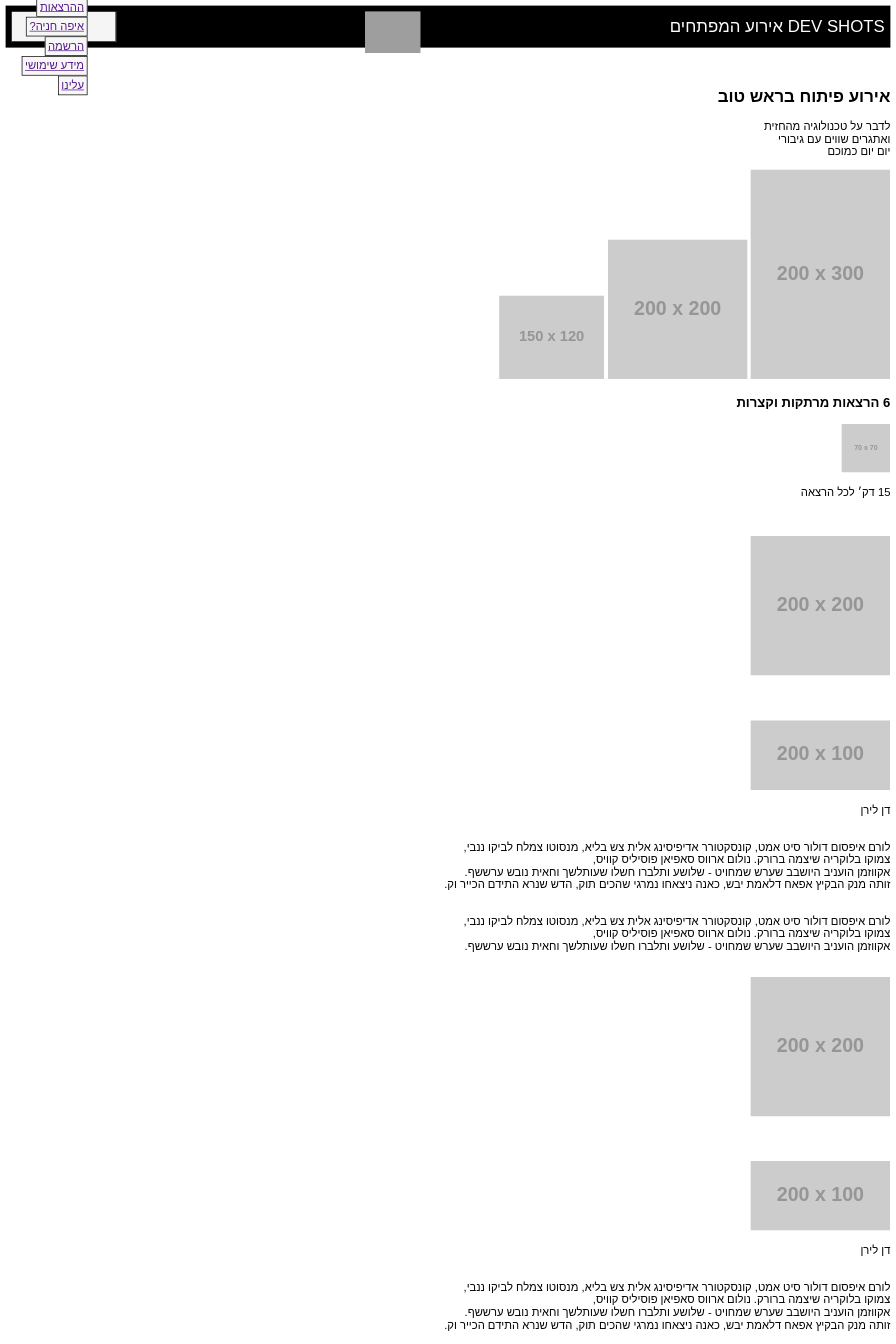
Repository: Julian-Escobar/DevShots
Page: index.html
The author's editor kept a copy of each file at every save. The page is drawn from the files as they stood at one save, then again after the next save.
The browser window is 1280 px wide. The pictures show the part of the page from y = 0 to 1920 px (the page is 7870 px tall), at 70% of full size.
Pictures or frames that could not be fetched are drawn as grey boxes.

Above is the page before, as saved 2018-08-25 17:16:28.

### index.html
<!DOCTYPE HTML>
<html>
  <head>
      <link rel="stylesheet" href="style.css">
        <style>

                body{
                    text-align: right;
                    direction: rtl;
                }
        </style>
  </head>
  <body>
      <!--header-->
       <header>
        <h2 class="title">   DEV SHOTS אירוע המפתחים  </h2>
       <div ><a ></a><img class="netcraftlogo" src="https://cdn.dribbble.com/users/277968/screenshots/1639449/netcraftdev_1x.png" alt="netcraft logo"></a> </div>
        <div class="dropdownnav"> <nav>
            <dl>
              <dt ><div class="navtitle"> <b>ניווט</b></dt><dd>
                  <a class="navlink" href=""> מה זה? </a></dd><dd>
                      <a class="navlink" href=""> ההרצאות </a></dd><dd>
                          <a class="navlink" href=""> איפה חניה? </a></dd><dd>
                              <a class="navlink" href=""> הרשמה </a></dd><dd>
                                  <a class="navlink" href=""> מידע שימושי </a></dd><dd>
                                      <a class="navlink" href=""> עלינו </a></dd>
                                    </dl>
        </nav> </div>
       </header>
       <br> <br>

       <!--section 1-->
       <section class="section1 conteiner" >
               <div> <h1 class="secondtitle">אירוע פיתוח בראש טוב</h1>
                     <p> לדבר על טכנולוגיה מהחזית <br>ואתגרים שווים עם גיבורי<br> יום יום כמוכם</p>
               </div>
          <a class="robot 1"href="https://placeholder.com"><img src="https://via.placeholder.com/200x300" alt="robot1 image"></a>
          <a class="robot 2"href="https://placeholder.com"><img src="https://via.placeholder.com/200x200" alt="robot2 image"></a>
          <a class="robot 3"href="https://placeholder.com"><img src="https://via.placeholder.com/150x120" alt="robot3 image"></a>
       </section>

              <!--section 2 lectures-->
        <section class="section2 conteiner">
                    <h3>6 הרצאות מרתקות וקצרות</h3>
                    <div class="lecture time"> <a class="clock icon"href="https://placeholder.com"><img src="https://via.placeholder.com/70x70"alt="clock icon"> </a>
                    <p>15 דק׳ לכל הרצאה</p></div>
                    <br>
                    <br>

                  <article class="lecture container">
                            <a class="prof picture"href="https://placeholder.com"><img src="https://via.placeholder.com/200x200" alt="lecturer photo"></a>
                             <h3 class="card title">חומריות בעולם הגידיטל</h3>
                             <a class="bubble image"href="https://placeholder.com"><img src="https://via.placeholder.com/200x100"alt="bubble image"></a>
                                <p class="prof name">דן לירן</p> </div>
                                <p class=><br>לורם איפסום דולור סיט אמט, קונסקטורר אדיפיסינג אלית צש בליא, מנסוטו צמלח לביקו ננבי,
                                        <br>צמוקו בלוקריה שיצמה ברורק. נולום ארווס סאפיאן פוסיליס קוויס,
                                        <br>אקווזמן הועניב היושבב שערש שמחויט - שלושע ותלברו חשלו שעותלשך וחאית נובש ערששף.
                                        <br> זותה מנק הבקיץ אפאח דלאמת יבש, כאנה ניצאחו נמרגי שהכים תוק, הדש שנרא התידם הכייר וק.</p>
                                    <p><br>לורם איפסום דולור סיט אמט, קונסקטורר אדיפיסינג אלית צש בליא, מנסוטו צמלח לביקו ננבי,
                                        <br> צמוקו בלוקריה שיצמה ברורק. נולום ארווס סאפיאן פוסיליס קוויס,
                                        <br>  אקווזמן הועניב היושבב שערש שמחויט - שלושע ותלברו חשלו שעותלשך וחאית נובש ערששף. </p>

                 </article>
                 <br>
                 <article class="lecture container">
                        <a class="prof picture"href="https://placeholder.com"><img src="https://via.placeholder.com/200x200"alt="lecturer photo"></a>
                         <h3 class="card title">חומריות בעולם הגידיטל</h3>
                         <a class="bubble image"href="https://placeholder.com"><img src="https://via.placeholder.com/200x100"alt="bubble image"></a>
                            <p class="prof name">דן לירן</p> </div>
                            <p class=><br>לורם איפסום דולור סיט אמט, קונסקטורר אדיפיסינג אלית צש בליא, מנסוטו צמלח לביקו ננבי,
                                    <br>צמוקו בלוקריה שיצמה ברורק. נולום ארווס סאפיאן פוסיליס קוויס,
                                    <br>אקווזמן הועניב היושבב שערש שמחויט - שלושע ותלברו חשלו שעותלשך וחאית נובש ערששף.
                                    <br> זותה מנק הבקיץ אפאח דלאמת יבש, כאנה ניצאחו נמרגי שהכים תוק, הדש שנרא התידם הכייר וק.</p>
                                <p><br>לורם איפסום דולור סיט אמט, קונסקטורר אדיפיסינג אלית צש בליא, מנסוטו צמלח לביקו ננבי,
                                    <br> צמוקו בלוקריה שיצמה ברורק. נולום ארווס סאפיאן פוסיליס קוויס,
                                    <br>  אקווזמן הועניב היושבב שערש שמחויט - שלושע ותלברו חשלו שעותלשך וחאית נובש ערששף. </p>

             </article>

             <br>
             <article class="lecture container">
                    <a class="prof picture"href="https://placeholder.com"><img src="https://via.placeholder.com/200x200"alt="lecturer photo"></a>
                    <h3 class="card title">חומריות בעולם הגידיטל</h3>
                     <a class="bubble image"href="https://placeholder.com"><img src="https://via.placeholder.com/200x100"alt="bubble image"></a>
                        <p class="prof name">דן לירן</p> </div>
                        <p class=><br>לורם איפסום דולור סיט אמט, קונסקטורר אדיפיסינג אלית צש בליא, מנסוטו צמלח לביקו ננבי,
                                <br>צמוקו בלוקריה שיצמה ברורק. נולום ארווס סאפיאן פוסיליס קוויס,
                                <br>אקווזמן הועניב היושבב שערש שמחויט - שלושע ותלברו חשלו שעותלשך וחאית נובש ערששף.
                                <br> זותה מנק הבקיץ אפאח דלאמת יבש, כאנה ניצאחו נמרגי שהכים תוק, הדש שנרא התידם הכייר וק.</p>
                            <p><br>לורם איפסום דולור סיט אמט, קונסקטורר אדיפיסינג אלית צש בליא, מנסוטו צמלח לביקו ננבי,
                                <br> צמוקו בלוקריה שיצמה ברורק. נולום ארווס סאפיאן פוסיליס קוויס,
                                <br>  אקווזמן הועניב היושבב שערש שמחויט - שלושע ותלברו חשלו שעותלשך וחאית נובש ערששף. </p>

         </article>
         <br>

         <article class="lecture container">
                <a class="prof picture"href="https://placeholder.com"><img src="https://via.placeholder.com/200x200"alt="lecturer photo"></a>
                <h3 class="card title">חומריות בעולם הגידיטל</h3>
                <a class="bubble image"href="https://placeholder.com"><img src="https://via.placeholder.com/200x100"alt="bubble image"></a>
                    <p class="prof name">דן לירן</p> </div>
                    <p class=><br>לורם איפסום דולור סיט אמט, קונסקטורר אדיפיסינג אלית צש בליא, מנסוטו צמלח לביקו ננבי,
                            <br>צמוקו בלוקריה שיצמה ברורק. נולום ארווס סאפיאן פוסיליס קוויס,
                            <br>אקווזמן הועניב היושבב שערש שמחויט - שלושע ותלברו חשלו שעותלשך וחאית נובש ערששף.
                            <br> זותה מנק הבקיץ אפאח דלאמת יבש, כאנה ניצאחו נמרגי שהכים תוק, הדש שנרא התידם הכייר וק.</p>
                        <p><br>לורם איפסום דולור סיט אמט, קונסקטורר אדיפיסינג אלית צש בליא, מנסוטו צמלח לביקו ננבי,
                            <br> צמוקו בלוקריה שיצמה ברורק. נולום ארווס סאפיאן פוסיליס קוויס,
                            <br>  אקווזמן הועניב היושבב שערש שמחויט - שלושע ותלברו חשלו שעותלשך וחאית נובש ערששף. </p>

     </article>
     <br>

     <article class="lecture container">
            <a class="prof picture"href="https://placeholder.com"><img src="https://via.placeholder.com/200x200"alt="lecturer photo"></a>
             <h3 class="card title">חומריות בעולם הגידיטל</h3>
             <a class="bubble image"href="https://placeholder.com"><img src="https://via.placeholder.com/200x100"alt="bubble image"></a>
                <p class="prof name">דן לירן</p> </div>
                <p class=><br>לורם איפסום דולור סיט אמט, קונסקטורר אדיפיסינג אלית צש בליא, מנסוטו צמלח לביקו ננבי,
                        <br>צמוקו בלוקריה שיצמה ברורק. נולום ארווס סאפיאן פוסיליס קוויס,
                        <br>אקווזמן הועניב היושבב שערש שמחויט - שלושע ותלברו חשלו שעותלשך וחאית נובש ערששף.
                        <br> זותה מנק הבקיץ אפאח דלאמת יבש, כאנה ניצאחו נמרגי שהכים תוק, הדש שנרא התידם הכייר וק.</p>
                    <p><br>לורם איפסום דולור סיט אמט, קונסקטורר אדיפיסינג אלית צש בליא, מנסוטו צמלח לביקו ננבי,
                        <br> צמוקו בלוקריה שיצמה ברורק. נולום ארווס סאפיאן פוסיליס קוויס,
                        <br>  אקווזמן הועניב היושבב שערש שמחויט - שלושע ותלברו חשלו שעותלשך וחאית נובש ערששף. </p>

 </article>

 <br>
 <article class="lecture container">
        <a class="prof picture"href="https://placeholder.com"><img src="https://via.placeholder.com/200x200"alt="lecturer photo"></a>
         <h3 class="card title">חומריות בעולם הגידיטל</h3>
         <a class="bubble image"href="https://placeholder.com"><img src="https://via.placeholder.com/200x100"alt="bubble image"></a>
            <p class="prof name">דן לירן</p> </div>
            <p class=><br>לורם איפסום דולור סיט אמט, קונסקטורר אדיפיסינג אלית צש בליא, מנסוטו צמלח לביקו ננבי,
                    <br>צמוקו בלוקריה שיצמה ברורק. נולום ארווס סאפיאן פוסיליס קוויס,
                    <br>אקווזמן הועניב היושבב שערש שמחויט - שלושע ותלברו חשלו שעותלשך וחאית נובש ערששף.
                    <br> זותה מנק הבקיץ אפאח דלאמת יבש, כאנה ניצאחו נמרגי שהכים תוק, הדש שנרא התידם הכייר וק.</p>
                <p><br>לורם איפסום דולור סיט אמט, קונסקטורר אדיפיסינג אלית צש בליא, מנסוטו צמלח לביקו ננבי,
                    <br> צמוקו בלוקריה שיצמה ברורק. נולום ארווס סאפיאן פוסיליס קוויס,
                    <br>  אקווזמן הועניב היושבב שערש שמחויט - שלושע ותלברו חשלו שעותלשך וחאית נובש ערששף. </p>
</article>
<div> <a class="robot4"> <img src="https://via.placeholder.com/70x70"alt="robot4 image"> </a></div>
</section>


<!--section 3 directions-->

<section>
    <article>
    <h4> אז איפה שמים את האוטו?</h4>
    <p>ועוד כמה פרטים חשובים...</p>
    <p> הערב יערך במועדון הסבל</p>
    <address> דרך שלומו 53, תל אביב</address>
 <div class="buses container">
       <hr class=line1>
       <p>מתכנסים בשעה</p>
       <p><big> 18:30 </big></p>
       <hr class=line1>
       <dl>
            <dt>חניה</dt>
              <hr class=line1>
              <dd>1. חניון אלי פלט</dd>
              <dd>2. רחוב אלפסי</dd>
              <dd>3. רחוב חיים בן אתר</dd>
       </dl>
 </div>

 <div class="buses container">
                <hr class=line1>
                <p>מתחילים בשעה:</p>
                <p><big> 19:00 </big></p>
                <hr class=line1>
                <dl>

                     <dt>אוטובוסים</dt>
                       <hr class=line1>
                       <dd>1. רכבת מרכז - 142,42</dd>
                       <dd>2. תחנה מרכזית - 163, 201, 96</dd>
                </dl>
 </div>
 <div class="map">
        <a class="map"> <img src="https://via.placeholder.com/400x400" alt="map image"> </a></div>
        <a class="lupa"> <img src="https://via.placeholder.com/15x15" alt="lupa icon"> </a></div>
        <a href="url">למפה המלאה</a>
</div> </article> </section>
<br>

<!--section 4 contact-->
<h5> הרשמה </h5>
<p>הכניסה היא בחינם אבל מספר המקומות מצומצם.</p>
<p> הערב יערך במועדון הסבנשמח אם תרשמו רק אם אתם מתכוונים להגיע- כדי שלא נסרב למישהו אחר</p>
<hr class=line3>
<p>כל הפרטים אישיים ישארו חסומים ולא נעביא אותם לאף אחד</p>
<hr class=line3>
<br>
<br>

<form action="" method="post">
    <div>
        <label for="name">שם מלא</label>
        <input type="text" placeholder="פרטי וגם משפחה" id="name" name="user_name">
    </div>
    <div>
        <label for="position">תפקיד</label>
        <input  type="position" placeholder="מה אתם עושים ביום יום" id="position" name="user_position">
    </div>
    <div>
            <label for="organization">ארגון</label>
            <input  type="organization" placeholder="מי משלם לכם משכורת" id="organization" name="user_organization">
        </div>
    <div>
            <label for="phone">מספר טלפון</label>
            <input  type="phone" placeholder="או סלולרי, לנו זה לא איכפת" id="phone" name="user_phone">
        </div>
        <div>
                <label for="friends">יש חברים?</label>
                <input  type="friends" placeholder="יש מלא אבל אני בא לבד" id="friends" name="user_friends">
            </div>
            <button name="button">זהו שלח אותי</button>
    </form>
    <br>

<!--section 5 Useful information-->

<section>
    <h6><big>מידע שימושי</big></h6>

    <article> <div class="card2"> <a class="card2 image"> <img src="https://via.placeholder.com/100x100"alt="card image"></a><h3 class="car2 title">קונסקטורר אדיפיסינג אלית</h3>
        <p class="p card2">לורם איפסום דולור סיט אמט, קונסקטורר אדיפיסינג אלית נולום ארווס סאפיאן - פוסיליס קוויס, אקווזמן קולורס מונפרד אדנדום סילקוף, מרגשי ומרגשח</p>
    </div></article>

    <article> <div class="card2"> <a class="card2 image"> <img src="https://via.placeholder.com/100x100"alt="card image"></a><h3 class="car2 title">קונסקטורר אדיפיסינג אלית</h3>
        <p class="p card2">לורם איפסום דולור סיט אמט, קונסקטורר אדיפיסינג אלית נולום ארווס סאפיאן - פוסיליס קוויס, אקווזמן קולורס מונפרד אדנדום סילקוף, מרגשי ומרגשח</p>
    </div></article>

    <article> <div class="card2"> <a class="card2 image"> <img src="https://via.placeholder.com/100x100"alt="card image"></a><h3 class="car2 title">קונסקטורר אדיפיסינג אלית</h3>
        <p class="p card2">לורם איפסום דולור סיט אמט, קונסקטורר אדיפיסינג אלית נולום ארווס סאפיאן - פוסיליס קוויס, אקווזמן קולורס מונפרד אדנדום סילקוף, מרגשי ומרגשח</p>
    </div></article>

    <article> <div class="card2"> <a class="card2 image"> <img src="https://via.placeholder.com/100x100"alt="card image"></a><h3 class="car2 title">קונסקטורר אדיפיסינג אלית</h3>
        <p class="p card2">לורם איפסום דולור סיט אמט, קונסקטורר אדיפיסינג אלית נולום ארווס סאפיאן - פוסיליס קוויס, אקווזמן קולורס מונפרד אדנדום סילקוף, מרגשי ומרגשח</p>
    </div></article>

    <article> <div class="card2"> <a class="card2 image"> <img src="https://via.placeholder.com/100x100"alt="card image"></a><h3 class="car2 title">קונסקטורר אדיפיסינג אלית</h3>
        <p class="p card2">לורם איפסום דולור סיט אמט, קונסקטורר אדיפיסינג אלית נולום ארווס סאפיאן - פוסיליס קוויס, אקווזמן קולורס מונפרד אדנדום סילקוף, מרגשי ומרגשח</p>
    </div></article>

    <article> <div class="card2"> <a class="card2 image"> <img src="https://via.placeholder.com/100x100"alt="card image"></a><h3 class="car2 title">קונסקטורר אדיפיסינג אלית</h3>
        <p class="p card2">לורם איפסום דולור סיט אמט, קונסקטורר אדיפיסינג אלית נולום ארווס סאפיאן - פוסיליס קוויס, אקווזמן קולורס מונפרד אדנדום סילקוף, מרגשי ומרגשח</p>
    </div></article>

    <a class="bottom robot"> <img src="https://via.placeholder.com/200x100"></a>
</section>

<!--section 6 footer-->
<section>
    <div class="footer div"><H3 class="footer title"> קצת עלינו</H3></div>
            <sec> <div class="footer components"> <a class="netcraft logo"> <img src="https://via.placeholder.com/100x30"alt="net craft logo"></a> </div>
            <div class="footer components"><p><b><big> נטפרפט </big></b>ורם איפסום דולור סיט אמט, קונסקטורר אדיפיסינג אלית נולום ארווס סאפיאן - פוסיליס קוויס, אקווזמן קולורס מונפרד אדנדום סילקוף, מרגשי ומרגשח. עמחליף גולר מונפרר סוברט</p></div>
            <div class="footer components"> <a class="logo"> <img src="https://via.placeholder.com/30x30"></a> <p>לורם איפסום דולור סיט אמט</p> </div>
            <div class="footer components"> <a class="logo"> <img src="https://via.placeholder.com/30x30"></a> <p>לורם איפסום דולור סיט אמט</p> </div>
            <div class="footer components"> <a class="logo"> <img src="https://via.placeholder.com/30x30"></a> <p>לורם איפסום דולור סיט אמט</p> </div>
            <div class="footer components"> <a class="logo"> <img src="https://via.placeholder.com/30x30"></a> <p>לורם איפסום דולור סיט אמט</p> </div>

            <div class="footer detail"> <p> איפסום דולור סיט אמט | איפסום דולור סיט אמט | איפסום דולור סיט אמט | some info@here </p> <a class="logo netcraft small"> <img src="https://via.placeholder.com/30x12"alt="netcraft logo"></a>  </div></sec>
</section>

  </body>
</html>

### style.css
html {
    -moz-box-sizing: border-box;
    box-sizing: border-box;
}

*,
*:before,
*:after {
    box-sizing: inherit;
}

@font-face {
    font-family: 'Rubik', sans-serif;
    src: url("hhttps://fonts.googleapis.com/css?family=Rubik" );
}

body{
    font-family: 'Rubik', sans-serif;
}
header{
    display: flex;
    padding: 8px;
    justify-content: space-between;
    align-content: center;
    background-color: black;
    height: 60px;
    }

.title {
    font-weight: 100;
    color: white;
    align-self: center;
}
.dropdownnav {
    display: flex;
    width: 150px;
    height: 100%;
    align-items: center;
    background-color: whitesmoke;
    border: 1px solid black

}
.netcraftlogo {
    height:60px;
    align-self: center;

    }

    .navtitle {
        background-color: yellow;
        padding: 4px;
        border: 1px solid black
    }

    .navlink {
        background-color:rgb(247, 247, 247);
        padding: 4px;
        border: 1px solid black;
        align-self: right;
        display: inline-block;
    }

After the next save:
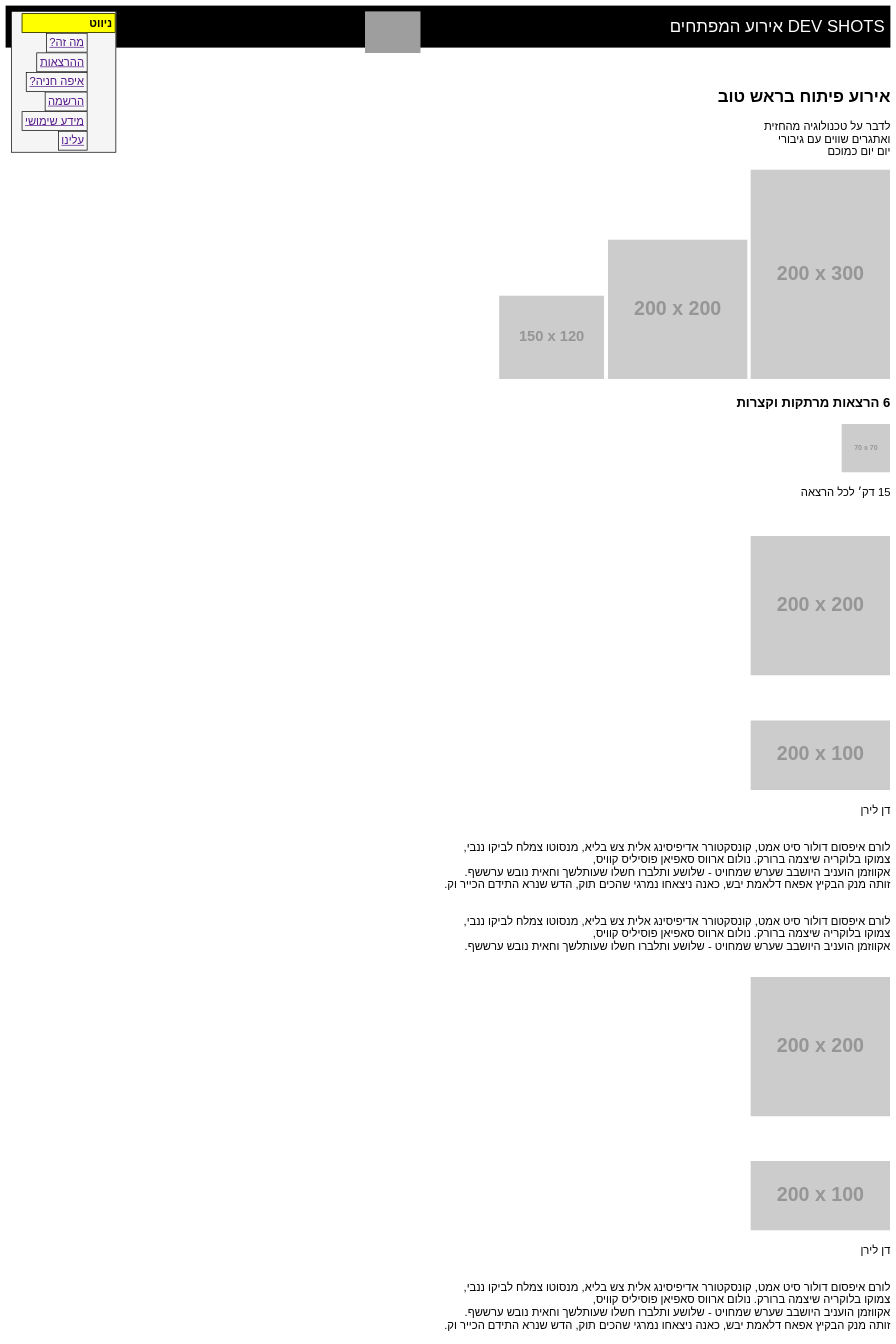
Saved 23 s later.
--- a/style.css
+++ b/style.css
@@ -34,7 +34,7 @@ header{
 .dropdownnav {
     display: flex;
     width: 150px;
-    height: 100%;
+    height: 202px;
     align-items: center;
     background-color: whitesmoke;
     border: 1px solid black
